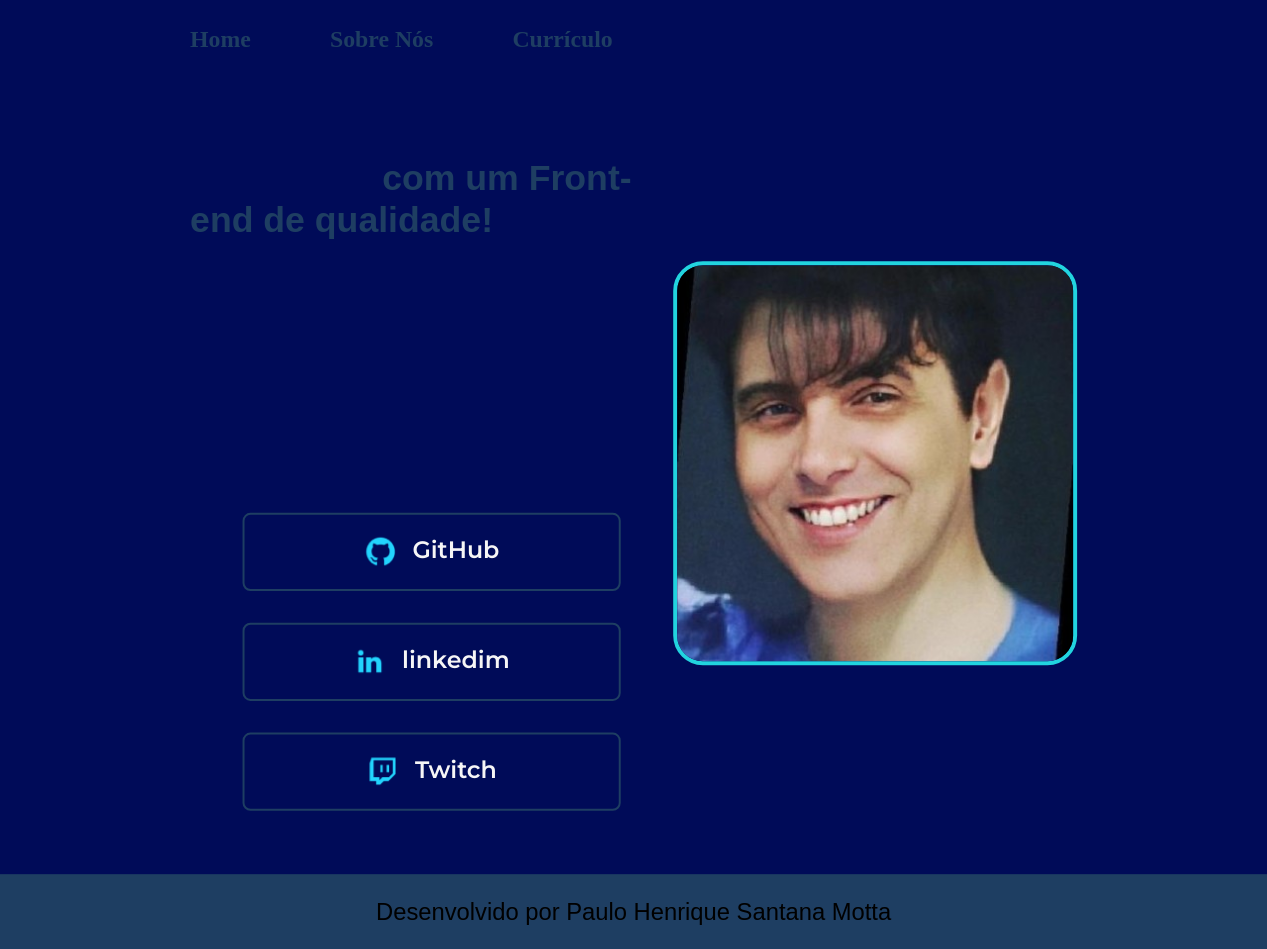
Repository: phsmottanerd/projeto-portfolio-alura
Page: index.html
These files come from the project's save history. The page is drawn as it stood at one moment and after the next save; the edit follows.
The browser window is 1280 px wide. The pictures show the whole page, at 99% of full size.
Some web fonts or font styles are not loaded; a fallback is used.

Above is the page before, as saved 2025-01-28 02:09:10.

### index.html
<!DOCTYPE html>
<html lang="pt-br">
  <head>
    <meta charset="UTF-8" />
    <meta http-equiv="X-UA-Compatible" content="IE=edge" />
    <meta name="viewport" content="width=device-width, initial-scale=1.0" />
    <title>Portifolio</title>
    <link rel="stylesheet" href="./estilos/style.css" />
  </head>

  <body>
    <header class="cabecalho">
      <nav class="cabecalho__menu">
        <a class="cabecalho__menu__link" href="index.html">Home</a>
        <a class="cabecalho__menu__link" href="about.html">Sobre Nós</a>
        <a class="cabecalho__menu__link">Currículo</a>
      </nav>
    </header>
    <main class="apresentacao">
      <section class="apresentacao__conteudo">
        <h1 class="apresentacao__conteudo__titulo">
          Eleve seu negócio digital a outro  nível
          <strong class="titulo-destaque"
            >com um Front-end de qualidade!
          </strong>
        </h1>
        <p class="apresentacao__conteudo__texto">
          Olá! Sou Paulo Henrique Santana Motta, desenvolvedor Front-end com especialidade em
          React, HTML e CSS. Ajudo pequenos negócios e designers a colocarem em
          prática boas ideias. Vamos conversar?
        </p>
        <div class="apresentacao__links">
          <h2 class="apresentacao__links__subtitulo">Acesse minhas redes</h2>
          <a
            class="apresentacao__links__link"
            href="https://github.com/phsmottanerd"
          >
            <img src="./img/github.png" />
            GitHub
          </a>
          <a
            class="apresentacao__links__link"
            href="https://linkedim.com/phsmottanerd"
          >
            <img src="./img/linkedin.png" />
            linkedim
          </a>
          <a class="apresentacao__links__link" href="https://.com/phsmottanerd">
            <img src="./img/twitch.png" />
            Twitch
          </a>
        </div>
      </section>
      <img class="img-foto" src="./img/1722867171561.jpg" alt="Paulo Henrique Santana Motta  programandor" />
    </main>
    <footer class="rodape">
      <p>Desenvolvido por Paulo Henrique Santana Motta</p>
    </footer>
  </body>
</html>

### estilos/style.css
@import url("https://fonts.googleapis.com/css2?family=Krona+One&family=Montserrat:wght@400;600&display=swap");

:root {
  --cor-primaria: #000B58;
  --cor-secundaria: #0000;
  --cor-terciaria:#1E3E62;
  --cor-hover: #FF6500;

  --font-primaria: "Krona One", sans-serif;
   --font-secundaria:"Montserrat", sans-serif;


}

* {
  margin: 0;
  padding: 0;
}

body {
  box-sizing: border-box;
  background-color: var(--cor-primaria);
  color: var(--cor-secundaria);
}
.cabecalho {
  padding: 2% 0% 0% 15%;
}
.cabecalho__menu {
  display: flex;
  gap: 80px;
}

.cabecalho__menu__link {
  font-family: var(----font-secundaria);
  font-size: 24px;
  font-weight: 600;
  color: var(--cor-terciaria);
  text-decoration: none;
}

.titulo-destaque {
  color: var(--cor-terciaria);
}

.apresentacao {
  padding: 5% 15%;
  display: flex;
  align-items: center;
  justify-content: space-between;
}
.apresentacao__conteudo {
  width: 615px;
  display: flex;
  flex-direction: column;
  gap: 40px;
}

.apresentacao__conteudo__titulo {
  font-size: 36px;
  font-family: var(--font-primaria);
}

.apresentacao__conteudo__texto {
  font-size: 24px;
  font-family: var(----font-secundaria);
}

.apresentacao__links {
  display: flex;
  flex-direction: column;
  justify-content: space-between;
  align-items: center;
  gap: 32px;
}
.apresentacao__links__subtitulo {
  font-family: "Krona One", sans-serif;
  font-weight: 400;
  font-size: 24px;
}
.apresentacao__links__link {
  /* background-color: #22D4FD; */
  justify-content: center;
  gap: 16px;
  display: flex;
  border: 2px solid var(--cor-terciaria);
  width: 378px;
  text-align: center;
  border-radius: 8px;
  font-size: 24px;
  font-weight: 600;
  padding: 21.5px 0;
  text-decoration: none;
  color: #f6f6f6;
  font-family: "Montserrat", sans-serif;
}
.apresentacao__links__link:hover {
  background-color: var(--cor-hover);
}
.rodape {
  padding: 24px;
  color: #000;
  background-color: var(--cor-terciaria);
  text-align: center;
  font-family: "Montsearrat", sans-serif;
  font-size: 24px;
  font-weight: 400;
}
.img-foto {
  border-radius: 30px;
  border: 4px solid #22d4Df;
  width: 500px;
  heighit: 500px;
}

After the next save:
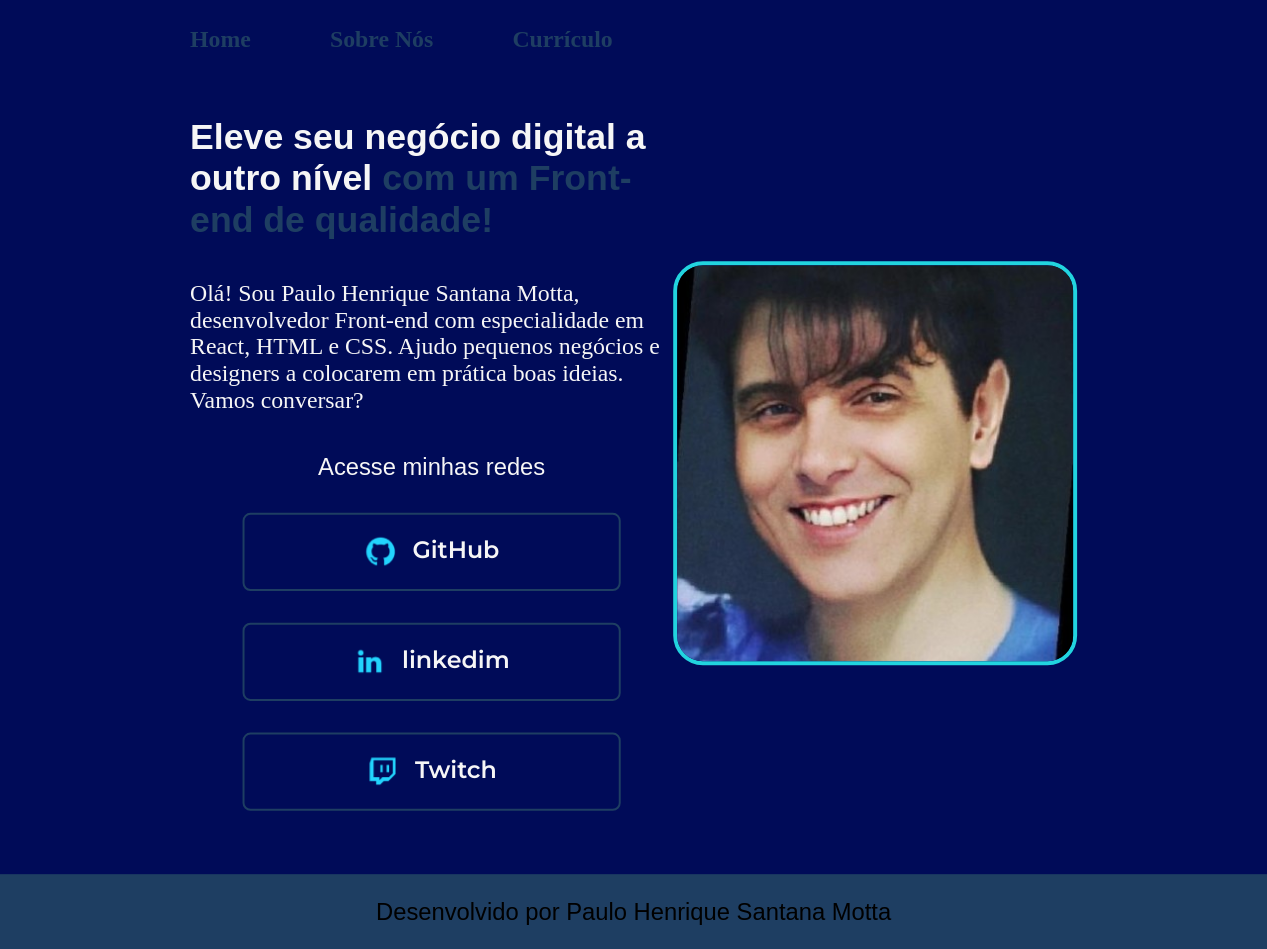
Saved 10 s later.
--- a/estilos/style.css
+++ b/estilos/style.css
@@ -2,7 +2,7 @@
 
 :root {
   --cor-primaria: #000B58;
-  --cor-secundaria: #0000;
+  --cor-secundaria: #f6f6f6;
   --cor-terciaria:#1E3E62;
   --cor-hover: #FF6500;
 
